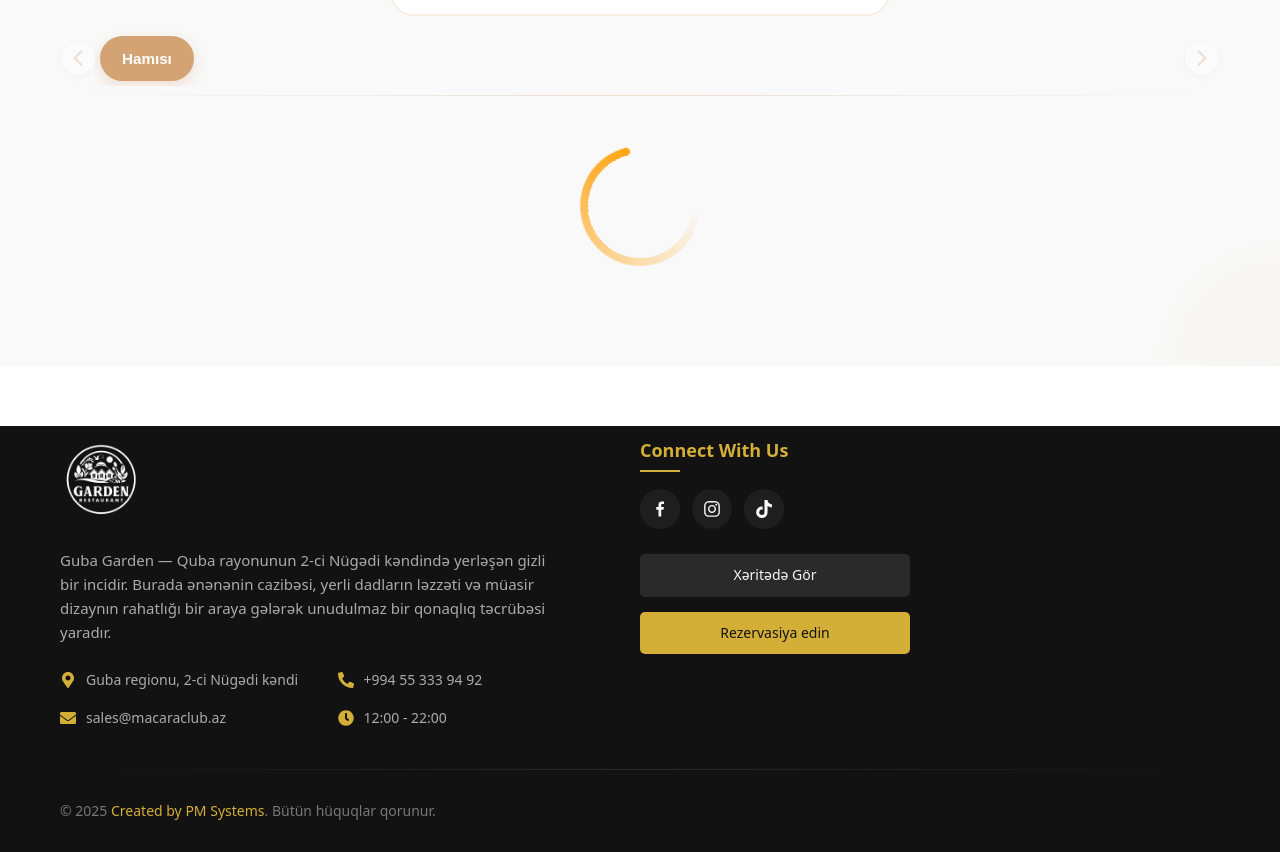
Repository: ferhadsultan98/menu-macara
Page: /
The author's editor kept a copy of each file at every save. The page is drawn from the files as they stood at one save, then again after the next save.
The browser window is 1280 px wide. The pictures show the part of the page from y = 1588 to 2540 px (the page is 2440 px tall before and 2540 px after).
The page's requests for data from a server got no answer. The project was rebuilt for these pictures with package versions that can differ from the ones it lists, and the page was loaded fresh each time. No one was signed in, and anything a server would have sent is missing. Also part of the build but not shown: vite.config.js.

Above is the page before, as saved 2025-04-18 14:49:57.

### index.html
<!doctype html>
<html lang="en">
  <head>
    <meta charset="UTF-8" />
    <link rel="shortcut icon" href="/src/assets/logo.png" type="image/x-icon">
    <meta name="viewport" content="width=device-width, initial-scale=1.0" />
    <title>Guba Garden - Menu</title>
  </head>
  <body>
    <div id="root"></div>
    <script type="module" src="/src/main.jsx"></script>
  </body>
</html>

### src/App.jsx
import React from "react";
import { I18nextProvider } from "react-i18next";
import i18n from "./Languages/i18n";
import "./App.scss";
import MainLayout from "./Components/Common/MainLayout";
import Home from "./Pages/Home/Home";
import MenuSection from "./Pages/MenuSection/MenuSection";

function App() {

  return (
    <I18nextProvider i18n={i18n}>
      <div className="app-container">
        <MainLayout>
        <Home  />
          <MenuSection  />
        </MainLayout>
      </div>
    </I18nextProvider>
  );
}

export default App;

### src/App.scss
* {
  margin: 0;
  padding: 0;
  box-sizing: border-box;
}

body {
  font-family: system-ui, -apple-system, BlinkMacSystemFont, "Segoe UI", Roboto,
    Oxygen, Ubuntu, Cantarell, "Open Sans", "Helvetica Neue", sans-serif;
}

### src/Components/Common/MainLayout.jsx
import React from 'react';
import Header from './Header/Header';
import Footer from './Footer/Footer';

const MainLayout = ({ children }) => {
  return (
    <>
      <Header />
      {children}
      <Footer />
    </>
  );
};

export default MainLayout;

### src/Pages/Home/Home.jsx
/* eslint-disable no-unused-vars */
import React, { useState, useEffect } from "react";
import { motion } from "framer-motion";
import "./Home.scss";
import { useTranslation } from "react-i18next";
import { FaUtensils } from "react-icons/fa";

const Home = () => {
  const { t, i18n } = useTranslation();

  const [scrollY, setScrollY] = useState(0);
  const [isVisible, setIsVisible] = useState(false);

  useEffect(() => {
    const handleScroll = () => {
      setScrollY(window.scrollY);

      if (window.scrollY > 100) {
        setIsVisible(true);
      }
    };

    const timer = setTimeout(() => {
      setIsVisible(true);
    }, 500);

    window.addEventListener("scroll", handleScroll);
    return () => {
      window.removeEventListener("scroll", handleScroll);
      clearTimeout(timer);
    };
  }, []);

  return (
    <section className="homePage">
      <section className="heroSection">
        <div className="heroBackground">
          <div className="overlay"></div>
        </div>

        <motion.div
          className="heroContent"
          initial={{ opacity: 0, y: 30 }}
          animate={isVisible ? { opacity: 1, y: 0 } : { opacity: 0, y: 30 }}
          transition={{ duration: 1, ease: "easeOut" }}
        >
          <motion.span
            className="heroSubtitle"
            initial={{ opacity: 0 }}
            animate={isVisible ? { opacity: 1 } : { opacity: 0 }}
            transition={{ duration: 0.8, delay: 0.3 }}
          >
            {t("home.subtitle")}
          </motion.span>
          <motion.h1
            className="heroTitle"
            initial={{ opacity: 0, scale: 0.9 }}
            animate={
              isVisible ? { opacity: 1, scale: 1 } : { opacity: 0, scale: 0.9 }
            }
            transition={{ duration: 0.8, delay: 0.5 }}
          >
            {t("home.header")}
          </motion.h1>
          <div className="separator">
            <span></span>
            <i>
              <FaUtensils />
            </i>

            <span></span>
          </div>
          <motion.p
            className="heroDescription"
            initial={{ opacity: 0 }}
            animate={isVisible ? { opacity: 1 } : { opacity: 0 }}
            transition={{ duration: 0.8, delay: 0.7 }}
          >
            {t("home.title")}
          </motion.p>
          <motion.div
            className="buttonGroup"
            initial={{ opacity: 0, y: 20 }}
            animate={isVisible ? { opacity: 1, y: 0 } : { opacity: 0, y: 20 }}
            transition={{ duration: 0.8, delay: 0.9 }}
          >
            <a href="https://macaraclub.az/" target="_blank">
              <motion.button
                className="reserveButton"
                whileHover={{
                  scale: 1.05,
                  backgroundColor: "rgba(255,255,255,0.2)",
                }}
                whileTap={{ scale: 0.98 }}
              >
                {t("home.reservation")}
              </motion.button>
            </a>
          </motion.div>
        </motion.div>

        <div className="scrollIndicator">
          <motion.div
            className="mouseIcon"
            animate={{ y: [0, 10, 0] }}
            transition={{ repeat: Infinity, duration: 1.5 }}
          >
            <i className="fas fa-chevron-down"></i>
          </motion.div>
        </div>
      </section>

      <section className="aboutSection">
        <div className="container">
          <div className="sectionHeader">
            <motion.span
              className="sectionSubtitle"
              initial={{ opacity: 0, y: 20 }}
              whileInView={{ opacity: 1, y: 0 }}
              viewport={{ once: true }}
              transition={{ duration: 0.6 }}
            >
              {t("home.about")}
            </motion.span>
            <motion.h2
              className="sectionTitle"
              initial={{ opacity: 0, y: 20 }}
              whileInView={{ opacity: 1, y: 0 }}
              viewport={{ once: true }}
              transition={{ duration: 0.6, delay: 0.2 }}
            >
              {t("home.mainheader")}
            </motion.h2>
            <div className="separator">
              <span></span>
              <i className="fas fa-leaf"></i>
              <span></span>
            </div>
          </div>

          <div className="aboutContent">
            <motion.div
              className="aboutImage"
              initial={{ opacity: 0, x: -50 }}
              whileInView={{ opacity: 1, x: 0 }}
              viewport={{ once: true }}
              transition={{ duration: 0.8 }}
            >
              <div className="imageFrame">
                <div className="decorativeCorner cornerTopLeft"></div>
                <div className="decorativeCorner cornerTopRight"></div>
                <div className="decorativeCorner cornerBottomLeft"></div>
                <div className="decorativeCorner cornerBottomRight"></div>
              </div>
            </motion.div>

            <motion.div
              className="aboutText"
              initial={{ opacity: 0, x: 50 }}
              whileInView={{ opacity: 1, x: 0 }}
              viewport={{ once: true }}
              transition={{ duration: 0.8, delay: 0.3 }}
            >
              <h3>{t("home.twoheader")}</h3>
              <p>{t("home.desc")}</p>
              <ul className="aboutFeatures">
                <li>
                  <i className="fas fa-check-circle"></i>
                  <span>{t("home.descList1")}</span>
                </li>
                <li>
                  <i className="fas fa-check-circle"></i>
                  <span>{t("home.descList2")}</span>
                </li>
                <li>
                  <i className="fas fa-check-circle"></i>
                  <span>{t("home.descList3")}</span>
                </li>
                <li>
                  <i className="fas fa-check-circle"></i>
                  <span>{t("home.descList4")}</span>
                </li>
              </ul>
            </motion.div>
          </div>
        </div>
      </section>
    </section>
  );
};

export default Home;

### src/Components/Common/Header/Header.jsx
import { useState, useEffect, useRef } from "react";
import "./Header.scss";
import Logo from "../../../assets/logo.png";
import whiteLogo from "../../../assets/logowhite.png";
import { motion, AnimatePresence } from "framer-motion";
import { useTranslation } from "react-i18next";
import { IoRestaurantOutline } from "react-icons/io5";

const Header = () => {
  const [scrolled, setScrolled] = useState(false);
  const [isOpen, setIsOpen] = useState(false);
  const dropdownRef = useRef(null);
  const { t, i18n } = useTranslation();

  const languages = [
    { code: "en", name: "English" },
    { code: "az", name: "Azərbaycan" },
    { code: "ru", name: "Русский" },
  ];

  useEffect(() => {
    const handleScroll = () => {
      const isScrolled = window.scrollY > 20;
      setScrolled(isScrolled);
    };

    window.addEventListener("scroll", handleScroll);
    return () => window.removeEventListener("scroll", handleScroll);
  }, []);

  useEffect(() => {
    const handleClickOutside = (event) => {
      if (dropdownRef.current && !dropdownRef.current.contains(event.target)) {
        setIsOpen(false);
      }
    };

    document.addEventListener("mousedown", handleClickOutside);
    return () => document.removeEventListener("mousedown", handleClickOutside);
  }, []);

  const toggleLanguage = (langCode) => {
    i18n.changeLanguage(langCode);
    setIsOpen(false);
  };

  const toggleMenu = () => {
    setIsOpen(!isOpen);
  };
  const scrollToTop = () => {
    window.scrollTo({ top: 0, behavior: "smooth" });
  };
  const scrollToMenu = () => {
    const menuSection = document.getElementById("menu");
    if (menuSection) {
      menuSection.scrollIntoView({ behavior: "smooth", block: "start" });
    }
  };
  return (
    <header className={`header ${scrolled ? "scrolled" : ""}`}>
      <div className="headerContainer">
        <a onClick={scrollToTop}>
          <div className="logo">
            <img
              src={scrolled ? Logo : whiteLogo}
              alt={scrolled ? "Logo" : "White Logo"}
              className="logo-img"
            />
          </div>
        </a>
        <button className="menu-button" onClick={scrollToMenu}>
        {t("header.menu")}
          <span className="menu-icon">
            <IoRestaurantOutline />
          </span>
        </button>
        <div className="header-actions">
          <div className="lang-dropdown" ref={dropdownRef}>
            <button
              className="lang-current"
              onClick={toggleMenu}
              aria-expanded={isOpen}
            >
              <span>{i18n.language.toUpperCase()}</span>
              <i className={`fas fa-chevron-down ${isOpen ? "open" : ""}`}></i>
            </button>

            <AnimatePresence>
              {isOpen && (
                <motion.ul
                  className="lang-options"
                  initial={{ opacity: 0, y: -10 }}
                  animate={{ opacity: 1, y: 0 }}
                  exit={{ opacity: 0, y: -10 }}
                  transition={{ duration: 0.2 }}
                >
                  {languages.map((lang) => (
                    <motion.li
                      key={lang.code}
                      whileHover={{ backgroundColor: "rgba(0,0,0,0.05)" }}
                      onClick={() => toggleLanguage(lang.code)}
                      className={i18n.language === lang.code ? "active" : ""}
                    >
                      <span className="lang-code">
                        {lang.code.toUpperCase()}
                      </span>
                      <span className="lang-name">{lang.name}</span>
                    </motion.li>
                  ))}
                </motion.ul>
              )}
            </AnimatePresence>
          </div>
        </div>
      </div>
    </header>
  );
};

export default Header;

### src/Components/Common/Footer/Footer.jsx
import React, { useState, useEffect } from "react";
import "./Footer.scss";
import logo from "../../../assets/logowhite.png";
import visaIcon from "../../../assets/visa.png";
import mastercardIcon from "../../../assets/mastercard.png";
import { IoIosArrowUp } from "react-icons/io";
import { GrFacebookOption } from "react-icons/gr";
import { FaInstagram, FaTiktok, FaMapMarkerAlt, FaPhoneAlt, FaEnvelope, FaClock } from "react-icons/fa";
import { useTranslation } from "react-i18next";

const Footer = () => {
  const { t } = useTranslation();
  const [showScrollTop, setShowScrollTop] = useState(false);
  const currentYear = new Date().getFullYear();

  useEffect(() => {
    const handleScroll = () => {
      if (window.scrollY > 300) {
        setShowScrollTop(true);
      } else {
        setShowScrollTop(false);
      }
    };

    window.addEventListener("scroll", handleScroll);

    return () => {
      window.removeEventListener("scroll", handleScroll);
    };
  }, []);

  const scrollToTop = () => {
    window.scrollTo({
      top: 0,
      behavior: "smooth",
    });
  };

  return (
    <footer className="footer">


      <div className="footer-content">
        <div className="container">
          <div className="footer-main">
            <div className="footer-info">
              <img src={logo} alt="Guba Garden Restaurant Logo" className="footer-logo" />
              <p className="footer-description">{t("footer.desc")}</p>
              <div className="footer-contact-items">
                <div className="contact-item">
                  <FaMapMarkerAlt />
                  <span>{t("footer.location")}</span>
                </div>
                <div className="contact-item">
                  <FaPhoneAlt />
                  <span>+994 55 333 94 92</span>
                </div>
                <div className="contact-item">
                  <FaEnvelope />
                  <span>sales@macaraclub.az</span>
                </div>
                <div className="contact-item">
                  <FaClock />
                  <span>12:00 - 22:00</span>
                </div>
              </div>
            </div>



            <div className="footer-connect">
              <h4>Connect With Us</h4>
              <div className="social-icons">
                <a href="https://facebook.com" aria-label="Facebook" className="social-icon">
                  <GrFacebookOption />
                </a>
                <a href="https://instagram.com" aria-label="Instagram" className="social-icon">
                  <FaInstagram />
                </a>
                <a href="https://tiktok.com" aria-label="TikTok" className="social-icon">
                  <FaTiktok />
                </a>
              </div>

              <div className="footer-actions">
                <a href="https://maps.app.goo.gl/35UcEZzbX2nMFG9H6" className="footer-btn map-btn" target="_blank">
                  {t("footer.viewMap")}
                </a>
                <a href="https://macaraclub.az/" className="footer-btn book-btn" target="_blank">
                  {t("footer.bookaTable")}
                </a>
              </div>
            </div>
          </div>

          <div className="footer-divider"></div>

          <div className="footer-bottom">
            <p className="copyright">
              © {currentYear} <span>Created by PM Systems</span>. {t("footer.allRightReserved")}
            </p>



            <p className="credits"></p>
          </div>
        </div>
      </div>

      <div
        className={`scroll-top ${showScrollTop ? "visible pulse" : ""}`}
        onClick={scrollToTop}
        aria-label="Scroll to top"
      >
        <IoIosArrowUp />
      </div>
    </footer>
  );
};

export default Footer;

### src/Components/Loading/Loading.jsx
import React from "react";
import "./Loading.scss";

const Loading = () => {
  return <div className="restaurantLoader"></div>;
};

export default Loading;

### src/server/server.jsx
// src/server/server.js
import { initializeApp } from "firebase/app";
import { getDatabase, ref, onValue, set, push, remove, update } from "firebase/database";
import { getAnalytics } from "firebase/analytics";

// Firebase configuration
const firebaseConfig = {
  apiKey: "AIzaSyA3iCDoGXoamiNg5rUrGU5uqmnfMHKO9BI",
  authDomain: "gubagarden.firebaseapp.com",
  projectId: "gubagarden",
  storageBucket: "gubagarden.firebasestorage.app",
  messagingSenderId: "920416051355",
  appId: "1:920416051355:web:6acffca1bb687b0d4ca63e",
  measurementId: "G-L77LRCTPG3",
  databaseURL: "https://gubagarden-default-rtdb.firebaseio.com"
};


const app = initializeApp(firebaseConfig);
let analytics = null;


if (typeof window !== 'undefined') {
  try {
    analytics = getAnalytics(app);
  } catch (error) {
    console.error("Analytics failed to initialize:", error);
  }
}

const database = getDatabase(app);

export { database, analytics, ref, onValue, set, push, remove, update };

### src/Components/Common/Footer/Footer.scss
.footer {
  position: relative;
  color: #f8f8f8;
  margin-top: 60px;

  // Wave decoration at the top
  .footer-wave {
    line-height: 0;
    transform: translateY(-1px);


  }

  .footer-content {
    background-color: #121212;
    padding: 0 0 30px;
  }

  .container {
    max-width: 1200px;
    margin: 0 auto;
    padding: 0 20px;

  }

  // Main footer section
  .footer-main {
    display: grid;
    grid-template-columns: 2fr 1fr 1fr;
    gap: 40px;
    padding: 10px 0 40px;

    @media (max-width: 992px) {
      grid-template-columns: 1fr 1fr;
    }

    @media (max-width: 768px) {
      grid-template-columns: 1fr;
      gap: 30px;
    }
  }

  // Logo and description section
  .footer-info {
    .footer-logo {
      height: 85px;
      width: auto;
      margin-bottom: 20px;
      object-fit: contain;
    }

    .footer-description {
      color: #ababab;
      font-size: 15px;
      line-height: 1.6;
      margin-bottom: 25px;
      max-width: 90%;
    }
  }

  // Contact items
  .footer-contact-items {
    display: grid;
    grid-template-columns: 1fr 1fr;
    gap: 15px;

    @media (max-width: 576px) {
      grid-template-columns: 1fr;
    }

    .contact-item {
      display: flex;
      align-items: center;
      color: #ababab;
      font-size: 14px;

      svg {
        color: #d4af37;
        margin-right: 10px;
        font-size: 16px;
        flex-shrink: 0;
      }
    }
  }

  // Quick links section
  .footer-quick-links {
    h4 {
      color: #d4af37;
      font-size: 18px;
      font-weight: 600;
      margin-bottom: 25px;
      position: relative;

      &:after {
        content: "";
        position: absolute;
        bottom: -8px;
        left: 0;
        width: 40px;
        height: 2px;
        background-color: #d4af37;
      }
    }

    ul {
      list-style: none;
      padding: 0;
      margin: 0;

      li {
        margin-bottom: 12px;

        a {
          color: #ababab;
          text-decoration: none;
          font-size: 15px;
          transition: all 0.25s ease;
          position: relative;
          padding-left: 15px;

          &:before {
            content: "›";
            position: absolute;
            left: 0;
            color: #d4af37;
          }

          &:hover {
            color: #fff;
            padding-left: 18px;
          }
        }
      }
    }
  }

  // Connect section
  .footer-connect {
    h4 {
      color: #d4af37;
      font-size: 18px;
      font-weight: 600;
      margin-bottom: 25px;
      position: relative;

      &:after {
        content: "";
        position: absolute;
        bottom: -8px;
        left: 0;
        width: 40px;
        height: 2px;
        background-color: #d4af37;
      }
    }

    .social-icons {
      display: flex;
      gap: 12px;
      margin-bottom: 25px;

      .social-icon {
        display: flex;
        align-items: center;
        justify-content: center;
        width: 40px;
        height: 40px;
        border-radius: 50%;
        background-color: rgba(255, 255, 255, 0.05);
        color: #f8f8f8;
        transition: all 0.3s ease;
        font-size: 18px;

        svg {
          display: block;
        }

        &:hover {
          background-color: #d4af37;
          color: #121212;
          transform: translateY(-3px);
        }
      }
    }

    .footer-actions {
      display: flex;
      flex-direction: column;
      gap: 15px;

      .footer-btn {
        display: block;
        padding: 10px 16px;
        border-radius: 5px;
        text-decoration: none;
        text-align: center;
        font-weight: 500;
        font-size: 14px;
        transition: all 0.3s ease;

        &.map-btn {
          background-color: rgba(255, 255, 255, 0.1);
          color: #f8f8f8;

          &:hover {
            background-color: rgba(255, 255, 255, 0.2);
          }
        }

        &.book-btn {
          background-color: #d4af37;
          color: #121212;

          &:hover {
            background-color: darken(#d4af37, 10%);
            transform: translateY(-2px);
          }
        }
      }
    }
  }

  // Divider
  .footer-divider {
    height: 1px;
    background: linear-gradient(
      to right,
      rgba(255, 255, 255, 0),
      rgba(255, 255, 255, 0.1),
      rgba(255, 255, 255, 0)
    );
    margin-bottom: 30px;
  }

  // Footer bottom section
  .footer-bottom {
    display: flex;
    justify-content: space-between;
    align-items: center;
    flex-wrap: wrap;
    gap: 20px;

    @media (max-width: 768px) {
      flex-direction: column;
      text-align: center;
    }

    .copyright {
      color: #777;
      font-size: 14px;
      margin: 0;

      span {
        color: #d4af37;
      }
    }

    .payment-methods {
      display: flex;
      align-items: center;
      gap: 8px;

      span {
        color: #777;
        font-size: 14px;
      }

      img {
        height: 28px;
        width: auto;
      }
    }

    .credits {
      color: #777;
      font-size: 14px;
      margin: 0;
    }
  }

  // Scroll to top button
  .scroll-top {
    position: fixed;
    bottom: 30px;
    right: 30px;
    width: 45px;
    height: 45px;
    background-color: #d4af37;
    color: #121212;
    border-radius: 50%;
    display: flex;
    align-items: center;
    justify-content: center;
    cursor: pointer;
    opacity: 0;
    visibility: hidden;
    transition: all 0.3s ease;
    box-shadow: 0 3px 12px rgba(0, 0, 0, 0.3);
    z-index: 100;

    svg {
      font-size: 22px;
    }

    &.visible {
      opacity: 1;
      visibility: visible;
    }

    &:hover {
      background-color: lighten(#d4af37, 5%);
      transform: translateY(-5px);
    }

    &.pulse {
      animation: pulse 2s infinite;
    }
  }
}

@keyframes pulse {
  0% {
    box-shadow: 0 0 0 0 rgba(212, 175, 55, 0.7);
  }
  70% {
    box-shadow: 0 0 0 10px rgba(212, 175, 55, 0);
  }
  100% {
    box-shadow: 0 0 0 0 rgba(212, 175, 55, 0);
  }
}

### src/Components/Loading/Loading.scss
.restaurantLoader {
  width: 120px;
  aspect-ratio: 1;
  border-radius: 50%;
  background: radial-gradient(farthest-side, #ffa516 94%, #0000) top/8px 8px
      no-repeat,
    conic-gradient(#0000 30%, #ffa516);
  -webkit-mask: radial-gradient(farthest-side, #0000 calc(100% - 8px), #000 0);
  animation: l13 1s infinite linear;
  display: flex;
  margin: 0 auto;
}
@keyframes l13 {
  100% {
    transform: rotate(1turn);
  }
}

Loaded but not shown: src/main.jsx (common file); src/Languages/AZ/AZ.json (38 lines, source omitted); src/Languages/EN/EN.json (37 lines, source omitted); src/Languages/RU/RU.json (38 lines, source omitted); src/Languages/i18n.js (38 lines, source omitted); src/Pages/MenuSection/MenuSection.scss (1061 lines, source omitted); src/Pages/Home/Home.scss (765 lines, source omitted); src/Pages/MenuSection/MenuSection.jsx (411 lines, source omitted); src/Components/Common/Header/Header.scss (467 lines, source omitted); src/index.css (no stored copy; drawn as an empty file)

After the next save:
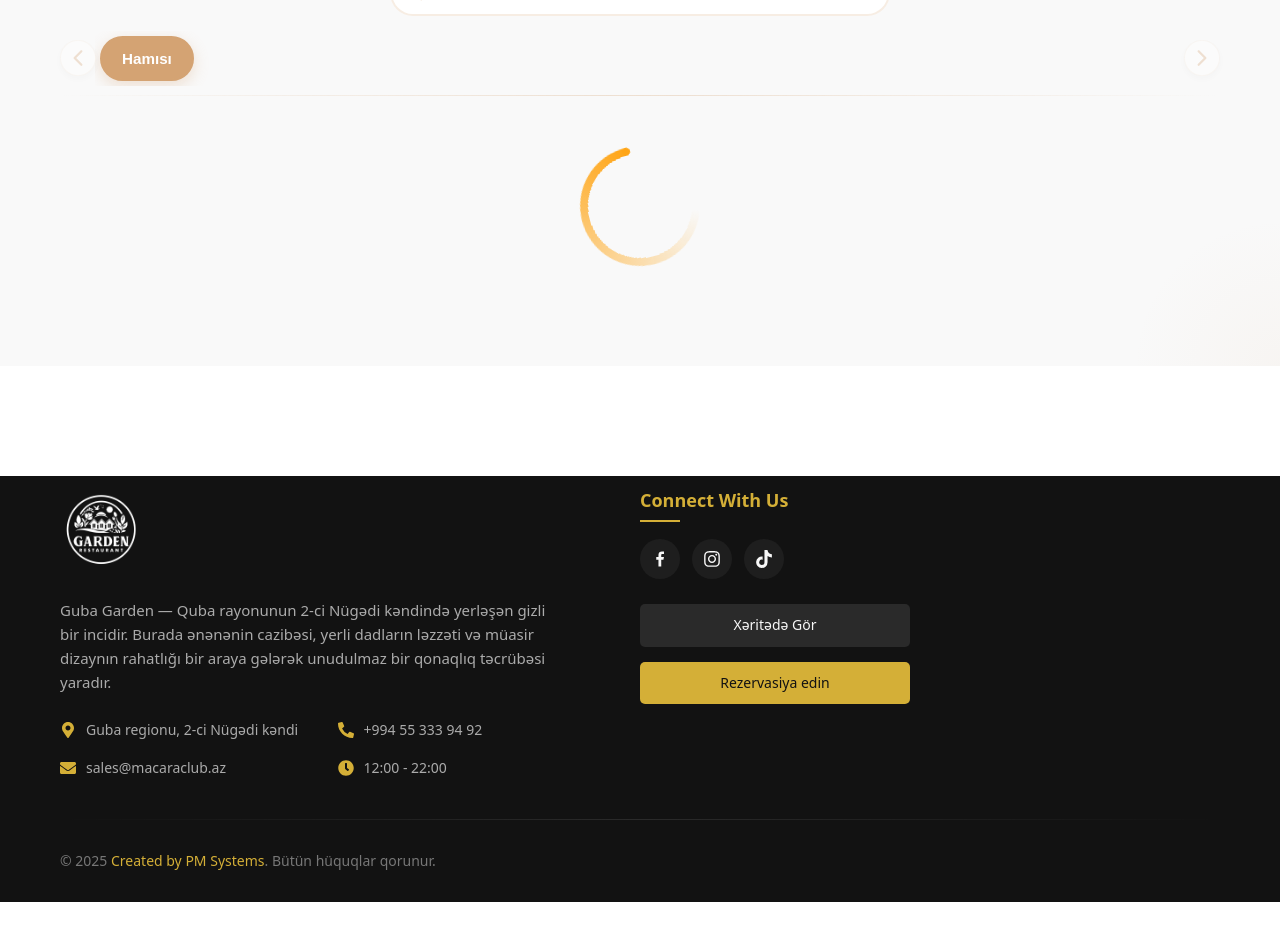
Saved 31 s later.
--- a/src/Components/Common/Footer/Footer.scss
+++ b/src/Components/Common/Footer/Footer.scss
@@ -2,7 +2,7 @@
   position: relative;
   color: #f8f8f8;
   margin-top: 60px;
-
+padding: 50px 0px;
   // Wave decoration at the top
   .footer-wave {
     line-height: 0;
